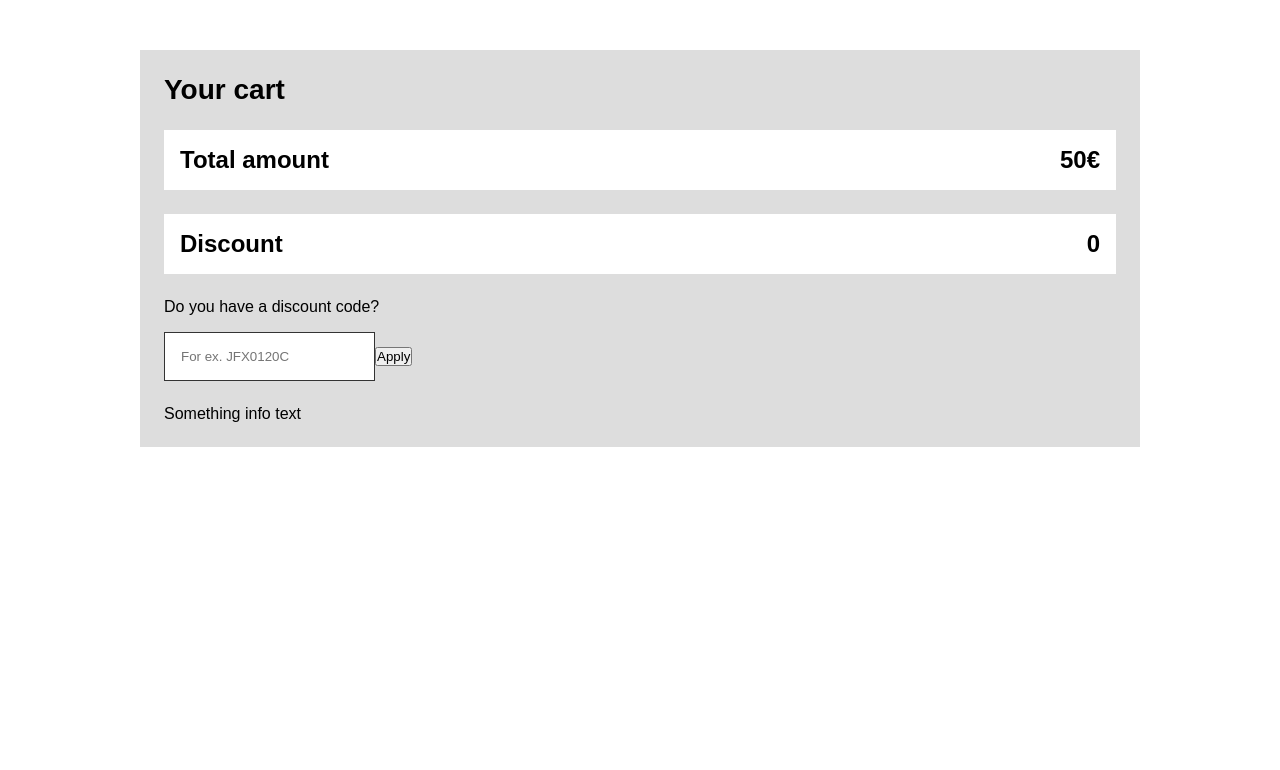
Repository: kcvijay/cart-discoutcodes
Page: /
An editor plug-in stored every save of this project. The page is shown before and after the next save, followed by the edit.
The browser window is 1280 px wide. The pictures show the whole page.
The project was rebuilt for these pictures with package versions that can differ from the ones it lists, and the page was loaded fresh each time. Also part of the build but not shown: src/App.css.

Above is the page before, as saved 2023-05-17 11:34:06.

### public/index.html
<!DOCTYPE html>
<html lang="en">
  <head>
    <meta charset="utf-8" />
    <link rel="icon" href="%PUBLIC_URL%/favicon.ico" />
    <meta name="viewport" content="width=device-width, initial-scale=1" />
    <meta name="theme-color" content="#000000" />
    <meta
      name="description"
      content="Discount Codes searching, fetching and enabling for the cart system."
    />
    <link rel="apple-touch-icon" href="%PUBLIC_URL%/logo192.png" />
    <link rel="manifest" href="%PUBLIC_URL%/manifest.json" />
    <title>Discount Codes for Cart</title>
  </head>
  <body>
    <noscript>You need to enable JavaScript to run this app.</noscript>
    <div id="root"></div>

  </body>
</html>

### src/index.css
* {
  margin: 0;
  padding: 0;
  box-sizing: border-box;
  scroll-behavior: smooth;
}

body {
  max-width: 100vw;
  min-height: 100vh;
  font-family: Arial, Helvetica, sans-serif;
}

.main-wrapper {
  max-width: 1000px;
  min-height: auto;
  background-color: #ddd;
  margin: 50px auto;
  padding: 1.5rem;
}

.content-header {
  font-size: 1.75rem;
  margin-bottom: 1.5rem;
}

.detail-block {
  display: flex;
  justify-content: space-between;
  padding: 1rem;
  background: #fff;
  margin-bottom: 1.5rem;
}
/****/
/****/

form {
  margin-bottom: 1.5rem;
}

form label {
  display: block;
  margin-bottom: 1rem;
}

form input {
  padding: 1rem;
  font-family: inherit;
  min-width: 200px;
  border: 1px solid #333;
}

### src/App.tsx
import React from "react";
import "./App.css";
import CartInput from "./CartInput";

function App() {
  return (
    <div className="App">
      <CartInput />
    </div>
  );
}

export default App;

### src/CartInput.tsx
import React from "react";

const CartInput = () => {
  return (
    <div className="main-wrapper">
      <h2 className="content-header">Your cart</h2>
      <div className="detail-block">
        <h2>Total amount</h2>
        <h2>{"50€"}</h2>
      </div>
      <div className="detail-block">
        <h2>Discount</h2>
        <h2>{"0"}</h2>
      </div>

      <form>
        <label htmlFor="discountCode">Do you have a discount code?</label>
        <input
          type="text"
          name="discountCode"
          id="discountCode"
          placeholder="For ex. JFX0120C"
        />
        <button>Apply</button>
      </form>
      <p className="info-text">Something info text</p>
    </div>
  );
};

export default CartInput;

Loaded but not shown: src/index.tsx (common file); src/reportWebVitals.ts (common file)

After the next save:
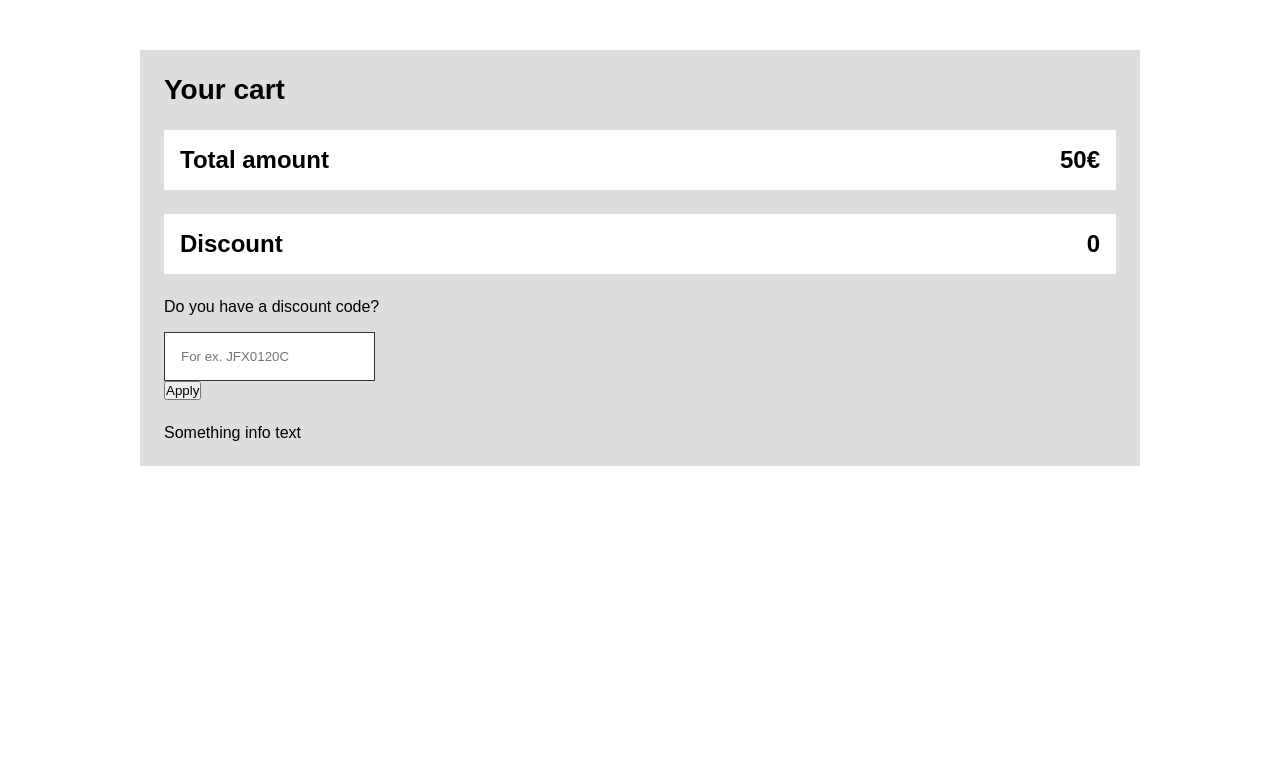
Saved 11 s later.
--- a/src/index.css
+++ b/src/index.css
@@ -49,3 +49,7 @@ form input {
   min-width: 200px;
   border: 1px solid #333;
 }
+
+form button {
+  display: block;
+}
